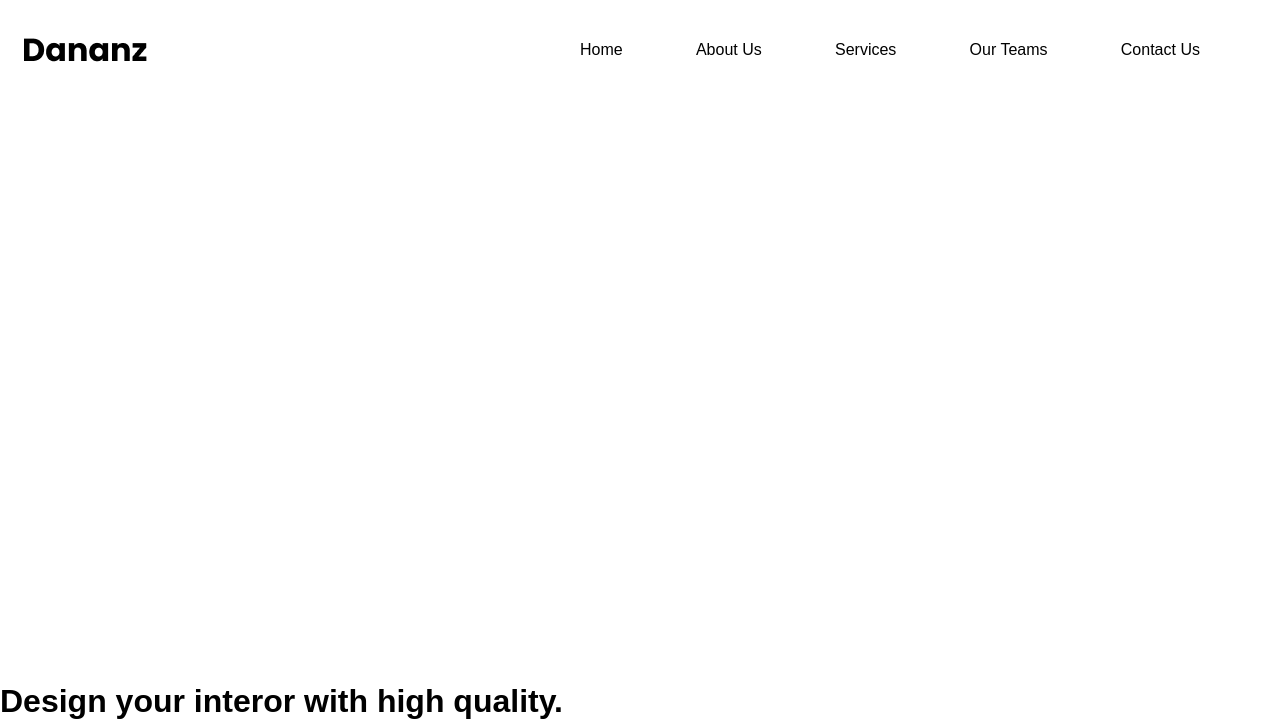
Repository: AsadKasimov/disain
Page: index.html
The author's editor kept a copy of each file at every save. The page is drawn from the files as they stood at one save, then again after the next save.
The browser window is 1280 px wide. The pictures show the whole page.

Above is the page before, as saved 2023-04-20 00:53:33.

### index.html
<!DOCTYPE html>
<html lang="en">
<head>
    <meta charset="UTF-8">
    <meta http-equiv="X-UA-Compatible" content="IE=edge">
    <meta name="viewport" content="width=device-width, initial-scale=1.0">
    <title>F</title>
    <link rel="stylesheet" href="./style.css">
</head>
<body>
    <div class="wrapper">
        <header class="header">
            <!-- Шапка -->
            <div class="logo">
                <img src="./img/Dananz.png" alt="">
            </div>

            <!-- Меню сайта -->
            <nav class="nav">
                <ul>
                    <li>Home</li>
                    <li>About Us</li>
                    <li>Services</li>
                    <li>Our Teams</li>
                    <li>Contact Us</li>

                </ul>
            </nav>

            <!-- Иконка бургерменю -->
            <div class="burger">
                <span></span>
            </div>
        </header>

    </div>

    <div class="menu">
        <h1>Design your interor with high quality.</p>

    </div>

    <script>
        document.querySelector('.burger').addEventListener('click', function() {
            this.classList.toggle('active');
            document.querySelector('.nav').classList.toggle('open');
        })
    </script>
</body>
</html>

### style.css
html, body {
  height: 100%;
  width: 100%;
}

body {
  display: flex;
  flex-direction: column;
  font-family: Arial, "Helvetica Neue", Helvetica, sans-serif;
  background-color: #fff;

}

*{
  padding: 0;
  margin: 0;
  box-sizing: border-box;
}

.wrapper{
  flex-grow: 1;
}

.open{
  display: flex !important;
}

.header{
  display: flex;
  align-items: center;
  justify-content: space-between;
  min-height: 100px;
  background-color: #fff;
  color: #000;
  padding: 0 40px;
}

.logo{
  display: flex;
  justify-content: center;
  flex-direction: column;
  align-items: center;

  width: 90px;
  height: 90px;
}

.nav{
  display: flex;
  width: 700px;
  padding: 0 40px;
}

.nav ul{
  width: 100%;
  list-style: none;
  display: flex;
  justify-content: space-between;
}

.burger{
  display: none;
  position: relative;
  z-index: 50;
  align-items: center;
  justify-content: flex-end;
  width: 30px;
  height: 18px;
}

.burger span{
  height: 2px;
  width: 80%;
  transform: scale(1);
  background-color: #000;
}

.burger::before, .burger::after{
  content: '';
  position: absolute;
  height: 2px;
  width: 100%;
  background-color: #000;
  transition: all 0.3s ease 0s;
}

.burger::before { top: 0 }

.burger::after { bottom: 0 }


.burger.active span { transform: scale(0) }

.burger.active::before{
  top: 50%;
  transform: rotate(-45deg) translate(0, -50%);
}

.burger.active::after{
  bottom: 50%;
  transform: rotate(45deg) translate(0, 50%);
}



@media (max-width: 700px) {

  .burger { display: flex }

  .nav{
      display: none;
      flex-direction: column;
      position: fixed;
      height: 100%;
      width: 100%;
      top: 0; bottom: 0; left: 0; right: 0;
      z-index: 50;
      overflow-y: auto;
      padding: 50px 40px;
      background-color: ghostwhite;

  }

  .nav ul{
      flex-direction: column;
      row-gap: 30px;
  }
}

After the next save:
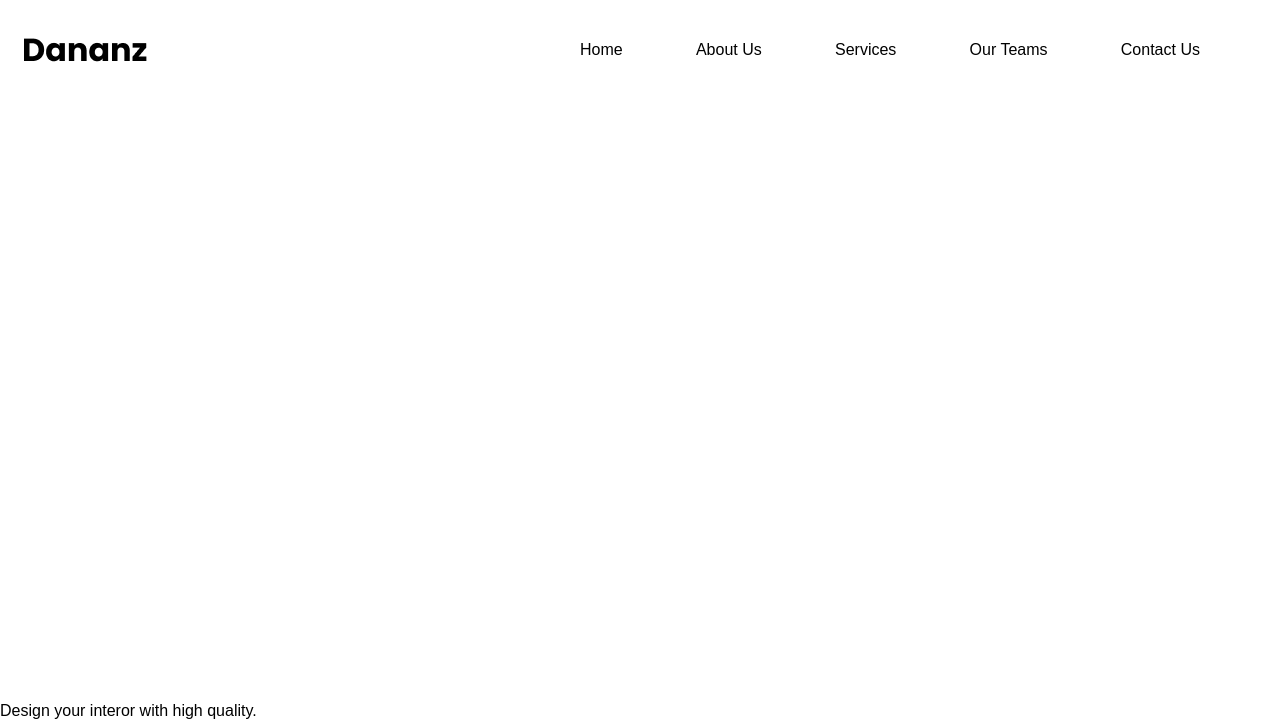
Saved 5 s later.
--- a/index.html
+++ b/index.html
@@ -36,7 +36,7 @@
     </div>
 
     <div class="menu">
-        <h1>Design your interor with high quality.</p>
+        <p>Design your interor with high quality.</p>
 
     </div>
 
